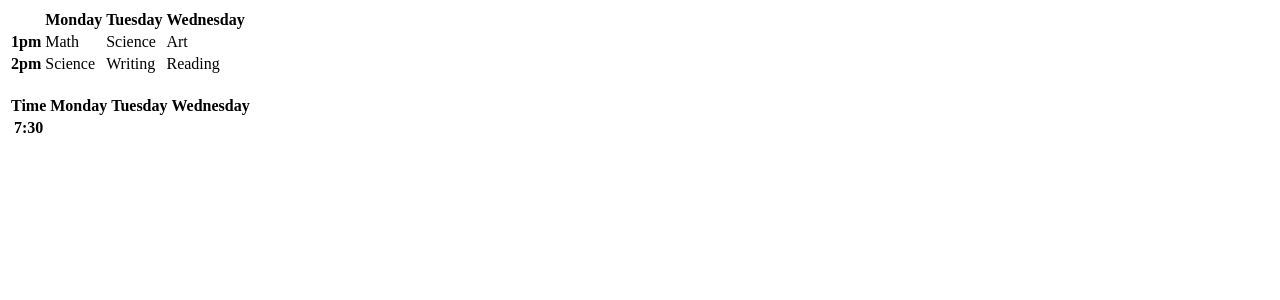
Repository: jefflai0412/website_design
Page: task1.html
These files come from the project's save history. The page is drawn as it stood at one moment and after the next save; the edit follows.
The browser window is 1280 px wide. The pictures show the whole page.

Above is the page before, as saved 2024-10-18 13:36:48.

### task1.html
<!DOCTYPE html>
<html lang="en">
<head>
    <meta charset="UTF-8">
    <meta name="viewport" content="width=device-width, initial-scale=1.0">
    <title>Document</title>
</head>
<body>
    <table>
        <tr>
            <th></th>
            <th>Monday</th>
            <th>Tuesday</th>
            <th>Wednesday</th>
        </tr>

        <tr>
            <th scope="row">1pm</th>
            <td>Math</td>
            <td>Science</td>
            <td>Art</td>
        </tr>

        <tr>
            <th scope="row">2pm</th>
            <td>Science</td>
            <td>Writing</td>
            <td>Reading</td>
        </tr>
    </table>

    <br>

    <table>
        <tr>
            <th>Time</th>
            <th>Monday</th>
            <th>Tuesday</th>
            <th>Wednesday</th>
        </tr>
        <tr>
            <th scope="row">7:30</th>

        </tr>
    </table>
</body>
</html>

After the next save:
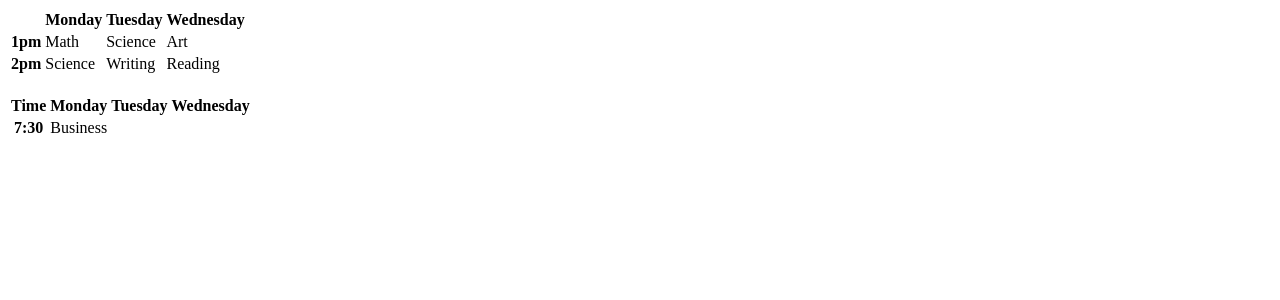
Saved 22 s later.
--- a/task1.html
+++ b/task1.html
@@ -40,7 +40,7 @@
         </tr>
         <tr>
             <th scope="row">7:30</th>
-
+            <td colspan="2">Business</td>
         </tr>
     </table>
 </body>
